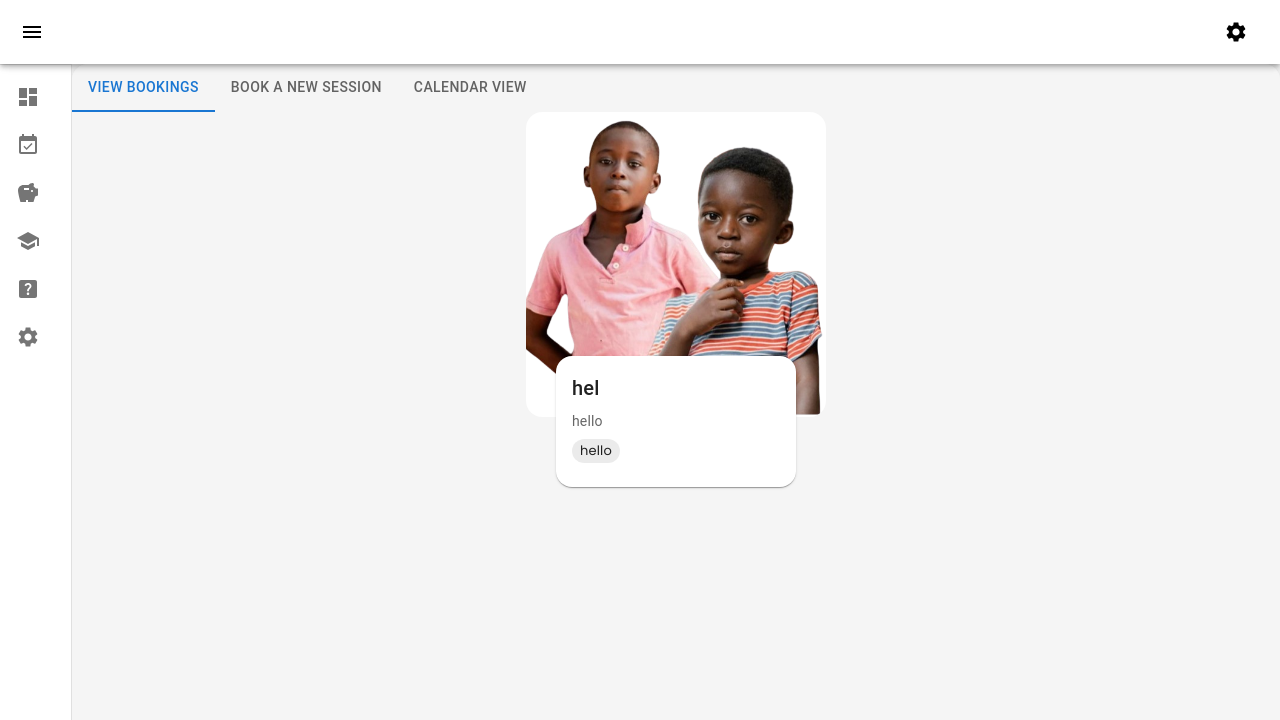
Repository: shubhampirate/Google_Solutions_Edural
Page: /bookings
An editor plug-in stored every save of this project. The page is shown before and after the next save, followed by the edit.
The browser window is 1280 px wide. The pictures show the whole page.
An inner scrolling area shows only its first screen. The project was rebuilt for these pictures with package versions that can differ from the ones it lists, and the page was loaded fresh each time. Some packages were replaced by stand-ins written for this rebuild. Also part of the build but not shown: src/Components/CustomButton.jsx, src/Components/Navbar.jsx, src/Components/Footer.jsx, src/Components/CongratsCard.jsx, src/pages/Hero/Hero.jsx, src/pages/Dashboard/Dashboard.jsx, src/pages/Sign_in.jsx, src/pages/Bookings/LicenseCard.jsx.

Above is the page before, as saved 2024-02-04 17:50:33.

### src/index.js
import React from "react";
import ReactDOM from "react-dom/client";
import "./index.css";
import { GoogleOAuthProvider } from '@react-oauth/google';
import App from "./App";
import { BrowserRouter } from "react-router-dom";
const root = ReactDOM.createRoot(
    document.getElementById("root"));
root.render(
    <BrowserRouter>
<GoogleOAuthProvider clientId="730379698185-cv7a59sok9sod43v04ee6g6pt4gtaea2.apps.googleusercontent.com">
        {/* <React.StrictMode> */}
            <App />
        {/* </React.StrictMode> */}
    </GoogleOAuthProvider>
    </BrowserRouter>

);

### src/App.jsx
import Hero from "./pages/Hero/Hero";
import Dashboard from "./pages/Dashboard/Dashboard";
import Layout from "./Components/layout";
import SignIn from "./pages/Sign_in";
import Booking from "./pages/Bookings/bookings"
import {useState} from "react";
import { Route, Routes } from "react-router-dom";
function App() {
  return (
    <>
      {/* <Hero />   */}
      {/* <SignIn /> */}
      <Routes>
        <Route path="/signin" element={<><SignIn /></>} />
        <Route path="/dashboard" element={<Layout><Dashboard /></Layout>} />
        {/* <Route path="/education" element={<><Education /></>} /> */}
        <Route path="/bookings" element={<Layout><Booking /></Layout>} />
        {/* <Route path="/profile" element={<><Profile /></>} /> */}
        {/* <Route path="/finance" element={<><Finance /></>} /> */}
        {/* <Route path="/questions" element={<><Questions /></>} /> */}
        {/* <Route path="/retireaibot" element={<><Bot /></>} /> */}
        <Route path="/" element={<><Hero /></>} />
      </Routes>
         </>
  );
}

export default App;

### src/Components/layout.jsx
import React from 'react';
import { styled, createTheme, ThemeProvider } from '@mui/material/styles';
import CssBaseline from '@mui/material/CssBaseline';
import MuiDrawer from '@mui/material/Drawer';
import Box from '@mui/material/Box';
import MuiAppBar from '@mui/material/AppBar';
import Toolbar from '@mui/material/Toolbar';
import IconButton from '@mui/material/IconButton';
import MenuIcon from '@mui/icons-material/Menu';
import ChevronLeftIcon from '@mui/icons-material/ChevronLeft';
import { mainListItems } from './listItems';
import { List } from '@mui/material';
import Divider from '@mui/material/Divider';
import Badge from '@mui/material/Badge';
// import NotificationsIcon from '@mui/icons-material/Notifications';
import Typography from '@mui/material/Typography';
import SettingsIcon from '@mui/icons-material/Settings';
const drawerWidth = 240;

const AppBar = styled(MuiAppBar, {
  shouldForwardProp: (prop) => prop !== 'open',
})(({ theme, open }) => ({
  zIndex: theme.zIndex.drawer + 1,
  transition: theme.transitions.create(['width', 'margin'], {
    easing: theme.transitions.easing.sharp,
    duration: theme.transitions.duration.leavingScreen,
  }),
  ...(open && {
    marginLeft: drawerWidth,
    width: `calc(100% - ${drawerWidth}px)`,
    transition: theme.transitions.create(['width', 'margin'], {
      easing: theme.transitions.easing.sharp,
      duration: theme.transitions.duration.enteringScreen,
    }),
  }),
  backgroundColor: 'white', // Set background color to white
  color: 'black',
}));

const Drawer = styled(MuiDrawer, { shouldForwardProp: (prop) => prop !== 'open' })(
  ({ theme, open }) => ({
    '& .MuiDrawer-paper': {
      position: 'relative',
      whiteSpace: 'nowrap',
      width: drawerWidth,
      transition: theme.transitions.create('width', {
        easing: theme.transitions.easing.sharp,
        duration: theme.transitions.duration.enteringScreen,
      }),
      boxSizing: 'border-box',
      ...(!open && {
        overflowX: 'hidden',
        transition: theme.transitions.create('width', {
          easing: theme.transitions.easing.sharp,
          duration: theme.transitions.duration.leavingScreen,
        }),
        width: theme.spacing(7),
        [theme.breakpoints.up('sm')]: {
          width: theme.spacing(9),
        },
      }),
    },
  }),
);

const defaultTheme = createTheme();

const Layout = ({ children }) => {
  const [open, setOpen] = React.useState(false);

  const toggleDrawer = () => {
    setOpen(!open);
  };

  return (
    <ThemeProvider theme={defaultTheme}>
      <Box sx={{ display: 'flex' }}>
        <CssBaseline />
        <AppBar position="absolute" open={open}
        //  sx={{
        //         backgroundColor:
        //         // "rgba(244, 127, 42, 0.04)",
        //         (theme) =>
        //         theme.palette.mode === 'light'
        //             ? theme.palette.grey[100]
        //             : theme.palette.grey[900]}}
                    >
          <Toolbar
            sx={{
              pr: '24px', // keep right padding when drawer closed
            }}
          >
            <IconButton
              edge="start"
              color="inherit"
              aria-label="open drawer"
              onClick={toggleDrawer}
              sx={{
                marginRight: '36px',
                ...(open && { display: 'none' }),
              }}
            >
              <MenuIcon />
            </IconButton>
            <Typography
              component="h1"
              variant="h6"
              color="inherit"
              noWrap
              sx={{ flexGrow: 1 }}
            >
              {/* Dashboard */}
            </Typography>
            <IconButton color="inherit">
              {/* <Badge badgeContent={4} color="secondary"> */}
                <SettingsIcon />
              {/* </Badge> */}
            </IconButton>

          </Toolbar>
        </AppBar>
        <Drawer variant="permanent" open={open}>
          <Toolbar
            sx={{
              display: 'flex',
              alignItems: 'center',
              justifyContent: 'flex-end',
              px: [1],
            }}
          >
            <IconButton onClick={toggleDrawer}>
              <ChevronLeftIcon />
            </IconButton>
          </Toolbar>
          <Divider />
            <List component="nav">
                {mainListItems}
            </List>
        </Drawer>
        <Box
          component="main"
          sx={{
            backgroundColor: (theme) =>
              theme.palette.mode === 'light'
                ? theme.palette.grey[100]
                : theme.palette.grey[900],
            flexGrow: 1,
            height: '100vh',
            overflow: 'auto',
          }}
        >
          <Toolbar />
          {/* Content of individual pages */}
          {children}
        </Box>
      </Box>
    </ThemeProvider>
  );
};

export default Layout;

### src/pages/Bookings/bookings.jsx
import React, { useState, useEffect } from 'react';
import { styled, createTheme, ThemeProvider } from '@mui/material/styles';
import CssBaseline from '@mui/material/CssBaseline';
import Box from '@mui/material/Box';
import Tabs from '@mui/material/Tabs';
import Tab from '@mui/material/Tab';
import Card from '@mui/material/Card';
import CardContent from '@mui/material/CardContent';
import Typography from '@mui/material/Typography';
import GoogleMapReact from 'google-map-react'; // Install with npm/yarn
import FullCalendar from '@fullcalendar/react'; // Install with npm/yarn
import dayGridPlugin from '@fullcalendar/daygrid'; // Install with npm/yarn
import LicenseCard from './LicenseCard';
import { CardActions, Button } from '@mui/material';
import Chip from '@mui/material/Chip';
import CustomButton from '../../Components/CustomButton';
import heroImg from "../../media/img_main_page.png";
const defaultTheme = createTheme();

// Placeholder data for bookings and calendar events
const bookingsData = [
  { id: 1, title: 'Booking 1', date: '2024-02-10' },
  { id: 2, title: 'Booking 2', date: '2024-02-15' },
  // Add more booking data as needed
];
const ImageOverlayCard = ({ imgSrc, category, title, venue, date, buttonText }) => {
  return (
    <Box sx={{ position: 'relative', textAlign: 'center' }}>
      <img
        src={imgSrc}
        alt="heroImg"
        style={{ maxWidth: '10rem', maxHeight: '10rem', borderRadius: '50%' }}
      />
      <Card
        variant="solid"
        color="primary"
        sx={{
          boxShadow: 'lg',
          width: 400,
          position: 'absolute',
          top: '50%',
          left: '50%',
          transform: 'translate(-50%, -50%)',
          backgroundColor: (theme) => theme.palette.primary.main,
          opacity: 0.8,
        }}
      >
        <Box sx={{ display: 'flex', gap: 1 }}>
          <Chip size="sm" variant="soft" label={category} />
        </Box>
        <CardContent>
          <Typography level="title-lg">{title}</Typography>
          <Typography level="body-md">Venue: {venue}</Typography>
          <Typography level="body-md">Date: {date}</Typography>
        </CardContent>
        <CardActions>
          <CustomButton backgroundColor="#F47F2A" color="#fff" buttonText={buttonText} heroBtn={true} />
        </CardActions>
      </Card>
    </Box>
  );
};
const calendarEvents = [
  { id: 1, title: 'Event 1', start: '2024-02-10', end: '2024-02-12' },
  { id: 2, title: 'Event 2', start: '2024-02-15', end: '2024-02-18' },
  // Add more calendar event data as needed
];

const AnyReactComponent = ({ text }) => <div>{text}</div>;

export default function Booking() {
  const [tabValue, setTabValue] = useState(0);

  const handleChangeTab = (event, newValue) => {
    setTabValue(newValue);
  };

  return (
    <ThemeProvider theme={defaultTheme}>
      <Box sx={{ display: 'flex', borderRadius: '16px', overflow: 'hidden', boxShadow: '0px 0px 10px rgba(0, 0, 0, 0.1)' }}>
        <CssBaseline />
        <Box
          component="main"
          sx={{
            backgroundColor: (theme) =>
              theme.palette.mode === 'light'
                ? theme.palette.grey[100]
                : theme.palette.grey[900],
            flexGrow: 1,
            height: '100vh',
            overflow: 'hidden',
          }}
        >
          <Tabs value={tabValue} onChange={handleChangeTab}>
            <Tab label="View Bookings" />
            <Tab label="Book a New Session" />
            <Tab label="Calendar View" />
          </Tabs>

          {tabValue === 0 && (
       <Box position="relative" maxWidth="300px" margin="auto" marginBottom="2rem">
       <img
         src={heroImg}
         alt="card-background"
         style={{
           width: '100%',
           height: 'auto',
           borderRadius: '16px',
           objectFit: 'cover',
         }}
       />
       <Card
         sx={{
           position: 'absolute',
           bottom: '-20%', // Adjust as needed (negative value starts from above the image)
           left: '10%', // Adjust as needed
           right: '10%', // Adjust as needed
           backgroundColor: (theme) => theme.palette.background.paper,
           opacity: 1,
           borderRadius: '16px',
         }}
       >
         <CardContent>
           <Typography variant="h6" gutterBottom>
             hel
           </Typography>
           <Typography variant="body2" color="text.secondary">
         hello
           </Typography>
           <Chip label="hello" size="small" sx={{ marginTop: '8px' }} />
         </CardContent>
       </Card>
     </Box>
//             <Box>
//               <div className="">
//               <Box sx={{ flex: "0.75" }}>
//             <img
//               src={heroImg}
//               alt="heroImg"
//               style={{ maxWidth: "10rem", maxHeight: "10rem"}}

//             />

//               <Card
//       variant="solid"
//       color="primary"

//       sx={{
//         boxShadow: 'lg',
//             width: 400,
//             overflow: 'auto',
//             resize: 'horizontal',
//             marginLeft: '2rem',
//             marginTop: '2rem',
//             position: 'absolute',
//             top: '25%', // Adjust as needed
//           left: '10%', // Adjust as needed
//             // backgroundColor: (theme) => theme.palette.primary.main,
//             opacity: 1, // Adjust the opacity as needed


//       }}
//     >
//       <Box sx={{ display: 'flex', gap: 1 }}>
//         <Chip size="sm" variant="soft" label="Education" />

//         {/* <Chip size="sm" variant="soft" label="Chip Filled" /> */}

//       </Box>
//       <div>
//           <Typography fontSize="sm" textColor="text.tertiary">
// {/*
//           </Typography> */}
//         </Typography>
//       </div>
//       <CardContent>
//         <Typography level="title-lg"> Swami Vivekanand School </Typography>
//         <Typography level="body-md">
//          Venue : Palghar, Mumbai, India
//         </Typography>
//         <Typography level="body-md">
//          Date : 29th February 2024
//         </Typography>
//       </CardContent>
//       <CardActions>
//       <CustomButton
//               backgroundColor="#F47F2A"
//               color="#fff"
//               buttonText="Navigate to Maps"
//               heroBtn={true}
//             />
//         {/* <Button variant="solid">Purchase Now</Button> */}
//       </CardActions>
//     </Card>
//     </Box>
//     </div>

//             </Box>
          )}

          {tabValue === 1 && (
            <Box>
              {/* Book a New Session Content */}
              {/* Use Google Maps component to search for schools */}
              <GoogleMapReact
                bootstrapURLKeys={{ key: 'YOUR_GOOGLE_MAPS_API_KEY' }}
                defaultCenter={{ lat: 37.7749, lng: -122.4194 }}
                defaultZoom={10}
              >
                <AnyReactComponent lat={37.7749} lng={-122.4194} text="Your Location" />
              </GoogleMapReact>
            </Box>
          )}

          {tabValue === 2 && (
             <Box>
             {/* Calendar View Content */}
             {/* <FullCalendar
               plugins={[dayGridPlugin]}
               initialView="dayGridMonth"
               events={calendarEvents}
             /> */}
           </Box>          )}
        </Box>
      </Box>
    </ThemeProvider>
  );
}

### src/Components/listItems.jsx
import * as React from 'react';
import ListItemButton from '@mui/material/ListItemButton';
import ListItemIcon from '@mui/material/ListItemIcon';
import ListItemText from '@mui/material/ListItemText';
import DashboardIcon from '@mui/icons-material/Dashboard';
import MedicalInformationIcon from '@mui/icons-material/MedicalInformation';
import SavingsIcon from '@mui/icons-material/Savings';
import SchoolIcon from '@mui/icons-material/School';
import HelpCenterIcon from '@mui/icons-material/HelpCenter';
import SettingsIcon from '@mui/icons-material/Settings';
import SmartToyIcon from '@mui/icons-material/SmartToy';
import { Link } from 'react-router-dom';
// import GoogleTranslateComponent from './GoogleTranslateComponent';
import EventAvailableIcon from '@mui/icons-material/EventAvailable';

export const mainListItems = (
  <>
    <React.Fragment>
      <Link to="/dashboard" style={{ textDecoration: "none", color: "black" }}>
        <ListItemButton>
          <ListItemIcon>
            <DashboardIcon />
          </ListItemIcon>
          <ListItemText primary="Dashboard" />
        </ListItemButton>
      </Link>
      <Link to="/bookings" style={{ textDecoration: "none", color: "black" }}>
        <ListItemButton>
          <ListItemIcon>
            <EventAvailableIcon />
          </ListItemIcon>
          <ListItemText primary="Bookings" />
        </ListItemButton>
      </Link>
      <Link to="/donation" style={{ textDecoration: "none", color: "black" }}>
        <ListItemButton>
          <ListItemIcon>
            <SavingsIcon />
          </ListItemIcon>
          <ListItemText primary="Donation" />
        </ListItemButton>
      </Link>
      <Link to="/education" style={{ textDecoration: "none", color: "black" }}>
        <ListItemButton>
          <ListItemIcon>
            <SchoolIcon />
          </ListItemIcon>
          <ListItemText primary="Educational Test" />
        </ListItemButton>
      </Link>
      <Link to="/questions" style={{ textDecoration: "none", color: "black" }}>
        <ListItemButton>
          <ListItemIcon>
            <HelpCenterIcon />
          </ListItemIcon>
          <ListItemText primary="FAQ" />
        </ListItemButton>
      </Link>
      <Link to="/profile" style={{ textDecoration: "none", color: "black" }}>
        <ListItemButton>
          <ListItemIcon>
            <SettingsIcon />
          </ListItemIcon>
          <ListItemText primary="Profile" />
        </ListItemButton>
      </Link>
      {/* <Link to="/retireaibot" style={{ textDecoration: "none", color: "black" }}>
        <ListItemButton>
          <ListItemIcon>
            <SmartToyIcon />
          </ListItemIcon>
          <ListItemText primary="Retire AI Bot" />
        </ListItemButton>
      </Link> */}
    </React.Fragment >
  </>
);

Loaded but not shown: public/index.html (common file); src/index.css (common file)

After the next save:
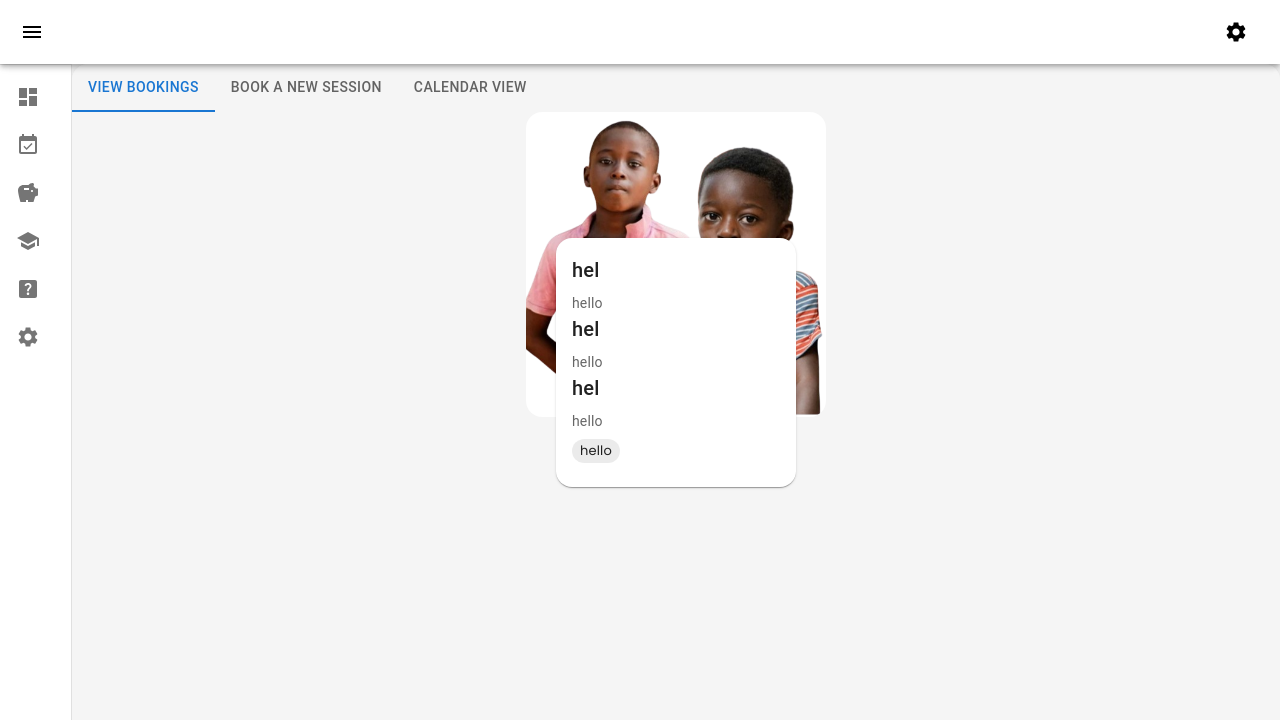
Saved 11 s later.
--- a/src/pages/Bookings/bookings.jsx
+++ b/src/pages/Bookings/bookings.jsx
@@ -127,6 +127,18 @@ export default function Booking() {
            <Typography variant="body2" color="text.secondary">
          hello
            </Typography>
+           <Typography variant="h6" gutterBottom>
+             hel
+           </Typography>
+           <Typography variant="body2" color="text.secondary">
+         hello
+           </Typography>
+           <Typography variant="h6" gutterBottom>
+             hel
+           </Typography>
+           <Typography variant="body2" color="text.secondary">
+         hello
+           </Typography>
            <Chip label="hello" size="small" sx={{ marginTop: '8px' }} />
          </CardContent>
        </Card>
